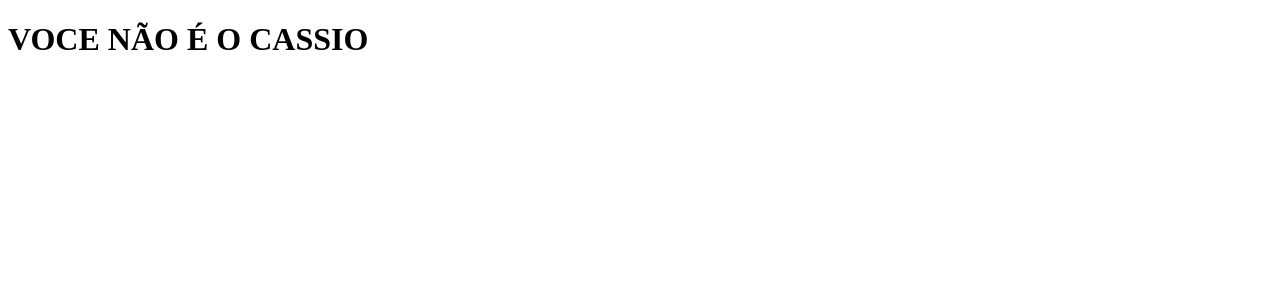
Repository: cassiowt/javaWEB
Page: http://localhost/Login/erros.jsp
An editor plug-in stored every save of this project. The page is shown before and after the next save, followed by the edit.
The browser window is 1280 px wide. The pictures show the whole page.
The page is served by Tomcat 9.

Above is the page before, as saved 2017-08-01 12:40:14.

After the next save:
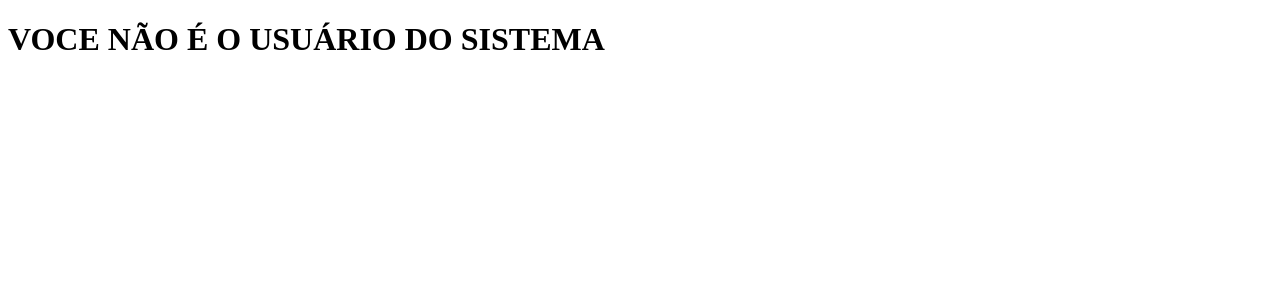
Saved 14 s later.
--- a/Login/WebContent/erros.jsp
+++ b/Login/WebContent/erros.jsp
@@ -7,6 +7,6 @@
 <title>Insert title here</title>
 </head>
 <body>
-	<h1> VOCE NÃO É O CASSIO</h1>
+	<h1> VOCE NÃO É O USUÁRIO DO SISTEMA</h1>
 </body>
 </html>
